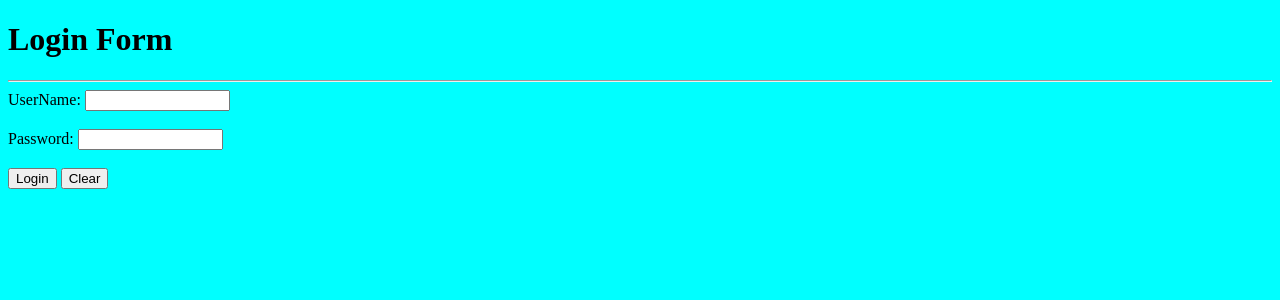
Repository: BinduRavulakolu/Day10
Page: LoginApp/WebContent/registration.html
The author's editor kept a copy of each file at every save. The page is drawn from the files as they stood at one save, then again after the next save.
The browser window is 1280 px wide. The pictures show the whole page.

Above is the page before, as saved 2018-09-05 10:21:29.

After the next save:
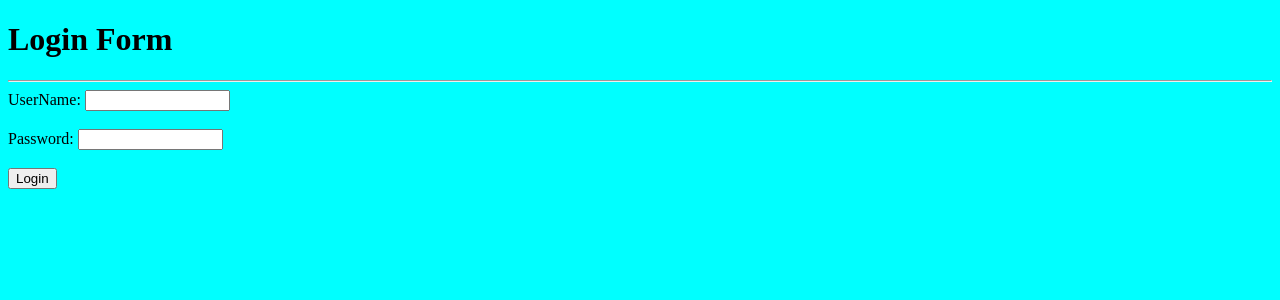
Saved 51 s later.
--- a/LoginApp/WebContent/registration.html
+++ b/LoginApp/WebContent/registration.html
@@ -15,7 +15,7 @@
 <input type="password" name="password" size="15">
 <br><br>
 <input type="submit" value="Login"/>
-<input type="reset" value="Clear">
+<!-- <input type="reset" value="Clear"> -->
 </form>
 
 </body>
